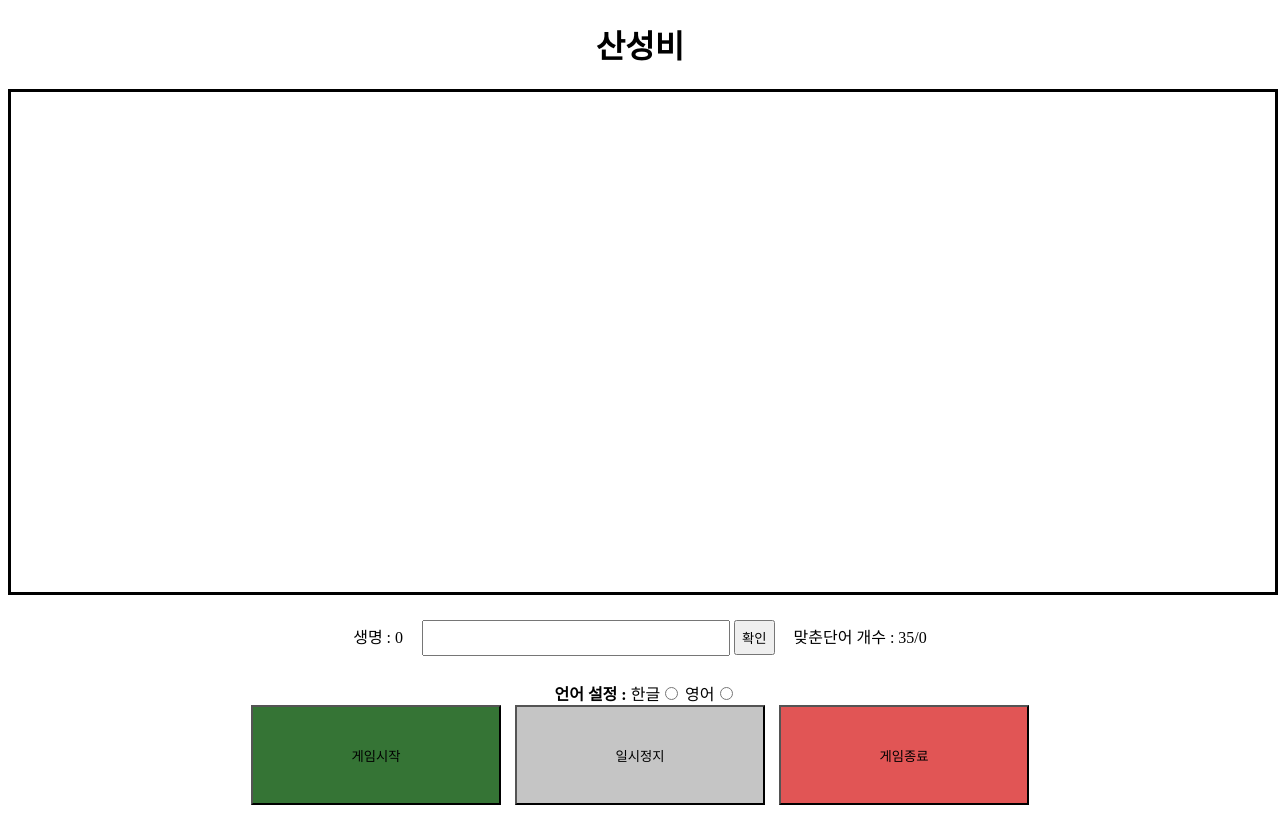
Repository: yuj1818/Hustar_JavaScript
Page: edu/edu/view/js_edu/sanseongbee.html
An editor plug-in stored every save of this project. The page is shown before and after the next save, followed by the edit.
The browser window is 1280 px wide. The pictures show the whole page.

Above is the page before, as saved 2022-06-02 04:58:06.

After the next save:
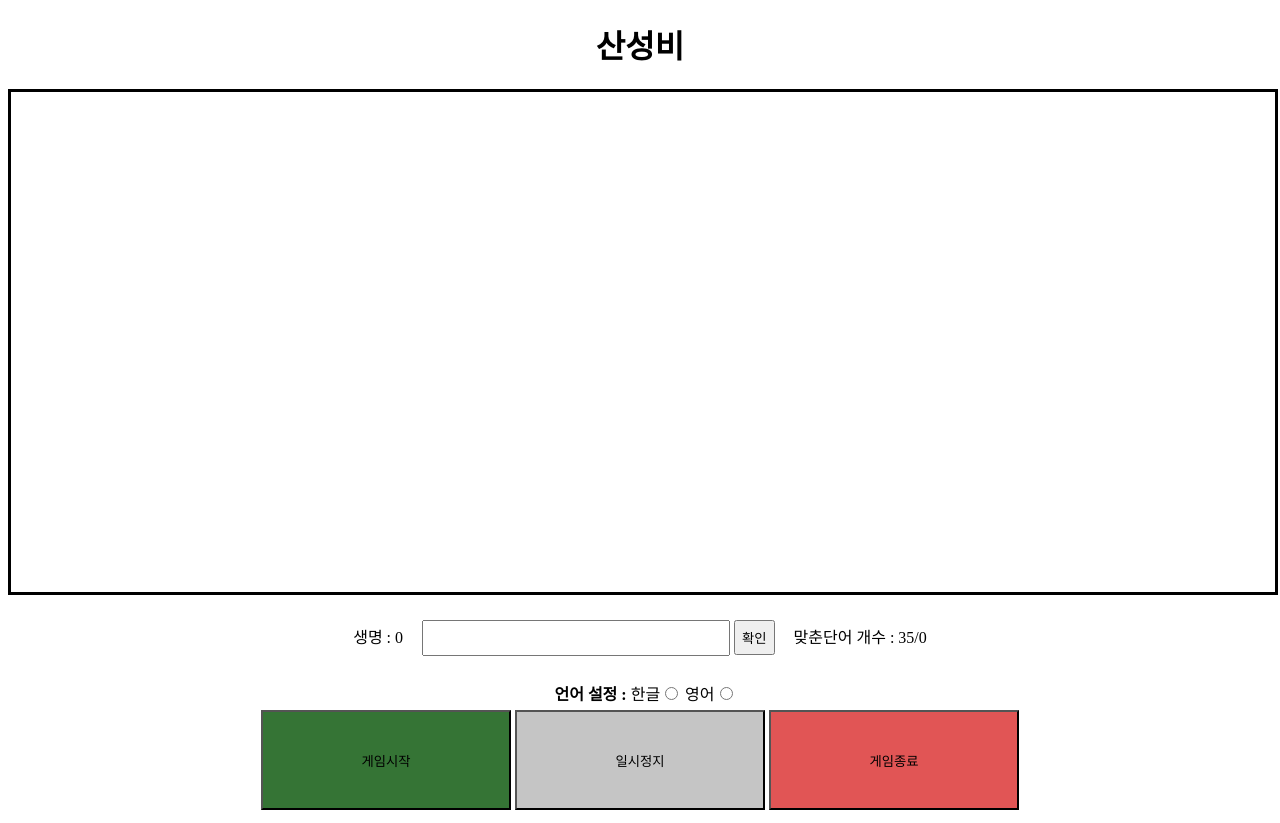
Saved 19 s later.
--- a/edu/edu/view/js_edu/sanseongbee.html
+++ b/edu/edu/view/js_edu/sanseongbee.html
@@ -23,7 +23,7 @@
 				width: 250px;
 				height: 100px;
 				/* top right botton left*/
-				margin: 0px 5px;
+				margin: 5px 0px;
 				/*margin 값이 2개만 있으면 앞에 거는 위아래, 뒤에 거는 양쪽으로 해석*/
 			}
 
